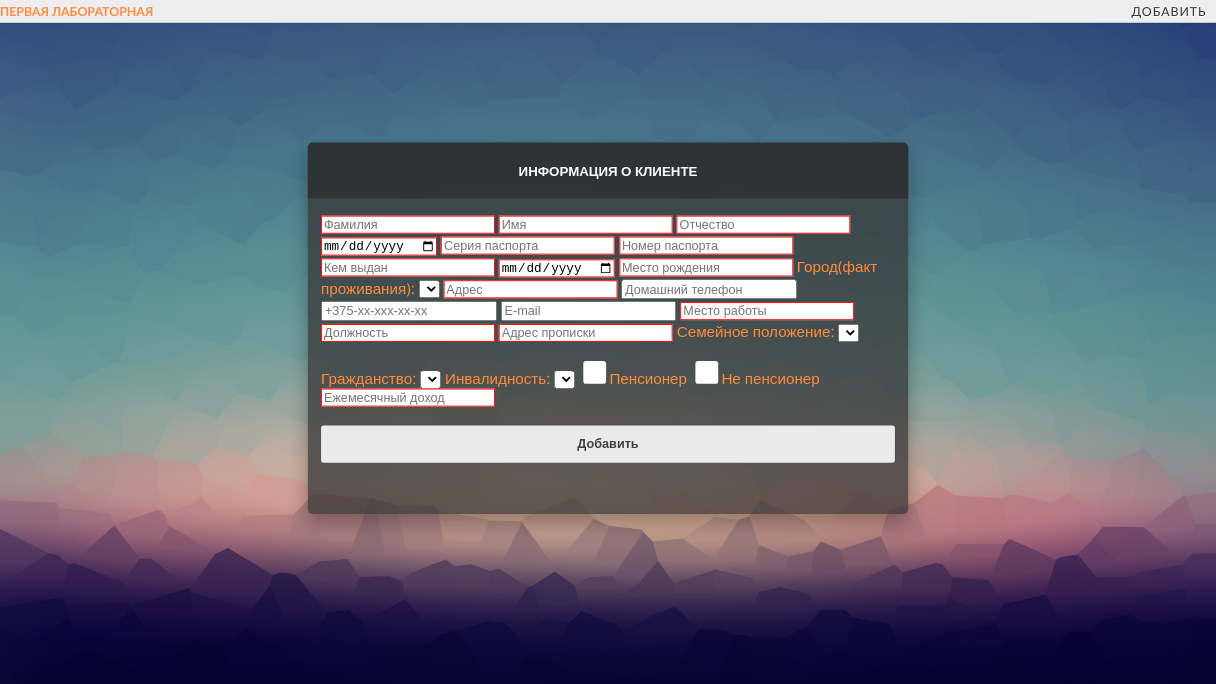
Repository: KosiloVeronika/workspace
Page: http://localhost/adbLab1/jsp/add_edit.jsp
These files come from the project's save history. The page is drawn as it stood at one moment and after the next save; the edit follows.
The browser window is 1280 px wide. The pictures show the whole page, at 95% of full size.
Backgrounds fixed to the window are drawn as part of the page. Some web libraries are served in a nearby version. The page is served by Tomcat 9. Other server files are loaded and not shown. The template is opened directly, without the code that normally fills it, so the values that code supplies are empty.

Above is the page before, as saved 2015-10-12 22:13:52.

### adbLab1/WebContent/jsp/add_edit.jsp
<%@ page language="java" contentType="text/html; charset=utf-8"
    pageEncoding="utf-8"%>
<%@ taglib prefix="c" uri="http://java.sun.com/jsp/jstl/core" %>
<!DOCTYPE html PUBLIC "-//W3C//DTD HTML 4.01 Transitional//EN" "http://www.w3.org/TR/html4/loose.dtd">
<html>
<head>
	<link href="<c:url value="/css/style.css" />" rel="stylesheet" media="screen" type="text/css" />
	<script type="text/javascript" src="http://ajax.googleapis.com/ajax/libs/jquery/1.4.2/jquery.min.js"></script>
	<script type="text/javascript" src="<c:url value="/js/validation.js"/>"></script>
	<link href='http://fonts.googleapis.com/css?family=Open+Sans:400,700' rel='stylesheet' type='text/css'>
	<meta http-equiv="Content-Type" content="text/html; charset=utf-8">
	<title>Добавить клиента</title>
</head>
<body>
	<c:import url="/jspf/header.jsp" />
    <div id="login-form">
      <h1>Информация о клиенте</h1>
        <fieldset>
            <form method="POST" action="${pageContext.servletContext.contextPath}/Controller">
	            <input type="hidden" name="command" value="add" />
	                <input type="text" required name="surname" placeholder="Фамилия"/>
	                <input type="text" required name="name" placeholder="Имя"/>
	                <input type="text" required name="second_name" placeholder="Отчество"/>
	                <input type="date" required name="date_of_birth" placeholder="Дата рождения"/>
	                <input type="text" required name="passport_series" placeholder="Серия паспорта">
	                <input type="number" required name="passport_number" placeholder="Номер паспорта">
	                <input type="text" required name="authority" placeholder="Кем выдан">
	                <input type="date" required name="date_of_issue" placeholder="Дата выдачи">
	                <input type="text" required name="birth_place" placeholder="Место рождения">
	                Город(факт проживания):
	                <select name="city">
	                	<c:forEach items = "${cityList }" var="city">
							<option value="${city.id }" label="${city.city }" />
						</c:forEach>
	                </select>
	                <input type="text" required name="address" placeholder="Адрес">
	                <input type="tel" name="home_telephone" pattern="2[0-9]{2}-[0-9]{2}-[0-9]{2}" placeholder="Домашний телефон">
	                <input type="tel" name="mobile_telephone" pattern="+375-[0-9]{2}-[0-9]{3}-[0-9]{2}-[0-9]{2}" placeholder="+375-xx-xxx-xx-xx">
	                <input type="email" name="mail" placeholder="E-mail">
	                <input type="text" required name="place_of_work" placeholder="Место работы">
	                <input type="text" required name="w_position" placeholder="Должность">
	                <input type="text" required name="registration_address" placeholder="Адрес прописки">
	                Семейное положение:
	                <select name="marital_status">
	                	<c:forEach items = "${martialList }" var="martial">
							<option value="${martial.id }" label="${martial.status }" />
						</c:forEach>
	                </select>
	                Гражданство:
	                <select name="citizenship">
	                	<c:forEach items = "${citizenshipList }" var="ctzn">
							<option value="${ctzn.id }" label="${ctzn.citizenship }" />
						</c:forEach>
	                </select>
	                Инвалидность:
	                <select name="disability">
	                	<c:forEach items = "${disabilityList }" var="dsblt">
							<option value="${dsblt.id }" label="${dsblt.disability }" />
						</c:forEach>
	                </select>
					<input type="radio" name="pensioner" value="YES" />Пенсионер
	            	<input type="radio" name="pensioner" value="NO" />Не пенсионер
	                <input type="text" required name="monthly_income" placeholder="Ежемесячный доход">

	                <input type="submit" value="Добавить">
	                <br/>
					${errorLoginPassMessage}
				<br/>
					${wrongAction}
				<br/>
            </form>
        </fieldset>
    </div>
	<c:import url="/jspf/footer.jsp" />
</body>
</html>

### adbLab1/WebContent/jspf/header.jsp
<%@ page language="java" contentType="text/html; charset=UTF-8"
    pageEncoding="UTF-8"%>
<!DOCTYPE html PUBLIC "-//W3C//DTD HTML 4.01 Transitional//EN" "http://www.w3.org/TR/html4/loose.dtd">
<html>
<head>
	<meta http-equiv="Content-Type" content="text/html; charset=UTF-8">
</head>
<body>
	<header>
	    <div class="vladmaxi-top">
	    <strong>Первая лабораторная</strong>
	        <span class="right">
	        	<a href="${pageContext.servletContext.contextPath}/Controller?command=add_page"> Добавить</a>
	        </span>
	    <div class="clr"></div>
	    </div>
	</header>
</body>
</html>

### adbLab1/WebContent/jspf/footer.jsp
<%@ page language="java" contentType="text/html; charset=ISO-8859-1"
    pageEncoding="ISO-8859-1"%>
<!DOCTYPE html PUBLIC "-//W3C//DTD HTML 4.01 Transitional//EN" "http://www.w3.org/TR/html4/loose.dtd">
<html>
<head>
<meta http-equiv="Content-Type" content="text/html; charset=ISO-8859-1">
<title>Insert title here</title>
</head>
<body>
	<footer>

	</footer>
</body>
</html>

### adbLab1/WebContent/css/style.css
@charset "utf-8";

html {
  background: url(../images/1.png) no-repeat center center fixed;
  -webkit-background-size: cover;
  -moz-background-size: cover;
  -o-background-size: cover;
  background-size: cover;
}

body {
	color: #ff8b3d;
  	font-family: 'Open Sans', sans-serif;
	font-size: 16px;

}

table {
	margin: 150px auto;
	background-color: RGBA(72,28,94,0.6);
	color: #ff8b3d;
  	font-family: 'Open Sans', sans-serif;
	font-size: 16px;
}

#login-form {
	background-color: rgba(54, 54, 54, 0.75);
	border-radius: 5px;
	-moz-border-radius: 5px;
	-webkit-border-radius: 5px;
	margin: 150px auto;
	width: 50%;
  font-family: 'Open Sans', sans-serif;
	font-size: 16px;
  -webkit-box-shadow:  0px 10px 20px 0px rgba(0, 0, 0, 0.3);
   box-shadow:  0px 10px 20px 0px rgba(0, 0, 0, 0.3);

}

#login-form h1 {
	background-color: rgba(41, 40, 41, 0.65);;
	border-radius: 5px 5px 0px 0px;
	-moz-border-radius: 5px 5px 0px 0px;
	-webkit-border-radius: 5px 5px 0px 0px;
	color: #fff;
	padding: 20px;
	text-align: center;
	text-transform: uppercase;
  font-family: 'Open Sans', sans-serif;
	font-size: 14px;
}

input:required:invalid {
	border:1px solid red;
}

#login-form fieldset {
	border: none;
}
#login-form fieldset form input[type=radio] {
	background-color: #ffffff;
	border: none;
	border-radius: 3px;
	-moz-border-radius: 3px;
	-webkit-border-radius: 3px;
	color: #404040;
	cursor: text;
	float: none;
	font-weight: bold;
	margin-top: 20px;
	padding: 12px 12px;
  -webkit-appearance: none;
}
#login-form fieldset form input[type=radio] {

}

#login-form fieldset form input[type="submit"] {
	background-color: #ebebeb;
	border: none;
	border-radius: 3px;
	-moz-border-radius: 3px;
	-webkit-border-radius: 3px;
	color: #404040;
	cursor: pointer;
	float: none;
	font-weight: bold;
	margin-top: 20px;
	padding: 12px 12px;
  -webkit-appearance: none;
}
input[type="submit"] {
	background-color: #ebebeb;
	border: none;
	border-radius: 3px;
	-moz-border-radius: 3px;
	-webkit-border-radius: 3px;
	color: #404040;
	cursor: pointer;
	float: none;
	font-weight: bold;
	width: 100%;
  -webkit-appearance: none;
}


input[type="submit"]:hover {
	background-color: #e0e0e0;
}


#login-form fieldset form input[type="submit"]:hover {
	background-color: #e0e0e0;
}

#login-form fieldset form span:before {
	background-color: #c9c9c9;
	display: inline-block;
	height: 20px;
	line-height: 20px;
	margin-right: 10px;
	text-align: center;
	width: 20px;
}

#login-form fieldset form span {
	font-size: 12px;
	margin-top: 40px;
}

#login-form fieldset form span a{
	color: #eb6d1a;
	text-decoration: none;
}

#login-form fieldset form span a:hover {
	color: #eb6d1a;
}

/* ����� ���� vladmaxi, ����� ������� */
.vladmaxi-top{
	line-height: 24px;
	font-size: 11px;
	background: #eee;
	text-transform: uppercase;
	z-index: 9999;
	position: fixed;
	top:0;
	left:0;
	width:100%;
	font-family: calibri;
	font-size: 13px;
	box-shadow: 1px 0px 2px rgba(0,0,0,0.2);
	-webkit-animation: slideOut 0.5s ease-in-out 0.3s backwards;
}
@-webkit-keyframes slideOut{
	0%{top:-30px; opacity: 0;}
	100%{top:0px; opacity: 1;}
}

.vladmaxi-top a{
	padding: 0px 10px;
	letter-spacing: 1px;
	color: #333;
	text-shadow: 0px 1px 1px #fff;
	display: block;
	float: left;
	text-decoration:none;
}
.vladmaxi-top a:hover{
	background: #fff;
}
.vladmaxi-top span.right{
	float: right;
}
.vladmaxi-top span.right a{
	float: left;
	display: block;
}

### adbLab1/WebContent/js/validation.js
window.onload = function(e) {
	var loginField = $('[name=login]').first();
	var passwordField = $('[name=password]').first();
	console.log('keyup3');
	loginField.keyup(function(e) {
		var loginField = $('[name=login]').first();
		var loginValue = loginField.val();
		var pattern = /^[a-zA-Z][a-zA-Z0-9-_\\.]{1,20}$/;
		if(loginValue && pattern.test(loginValue)) {
			loginField.attr('style', 'background:green');
		} else {
			loginField.attr('style', 'background:red');
		}
	});
	passwordField.keyup(function(e) {
		var passwordField = $('[name=password]').first();
		var passwordValue = passwordField.val();
		var pattern = /^((?=.*\d))(?=.*[A-Z])(?=.*[a-z])\w{8,30}$/;
		if(passwordValue && pattern.test(passwordValue)) {
			passwordField.attr('style', 'background:green');
		} else {
			passwordField.attr('style', 'background:red');
		}
	});
	console.log(loginField.change);
}

After the next save:
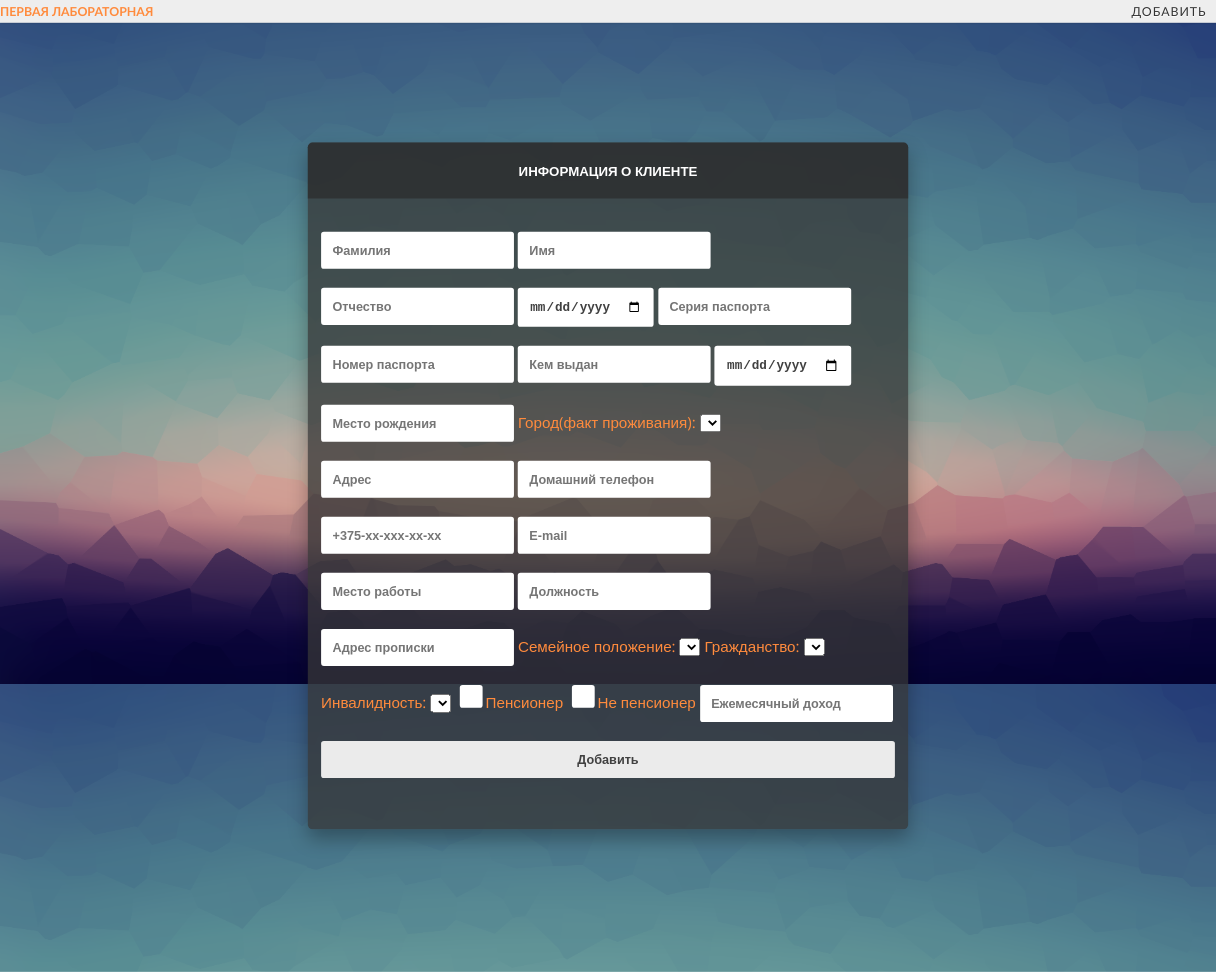
Saved 12 s later.
--- a/adbLab1/WebContent/css/style.css
+++ b/adbLab1/WebContent/css/style.css
@@ -57,7 +57,7 @@ input:required:invalid {
 #login-form fieldset {
 	border: none;
 }
-#login-form fieldset form input[type=radio] {
+#login-form fieldset form input {
 	background-color: #ffffff;
 	border: none;
 	border-radius: 3px;
